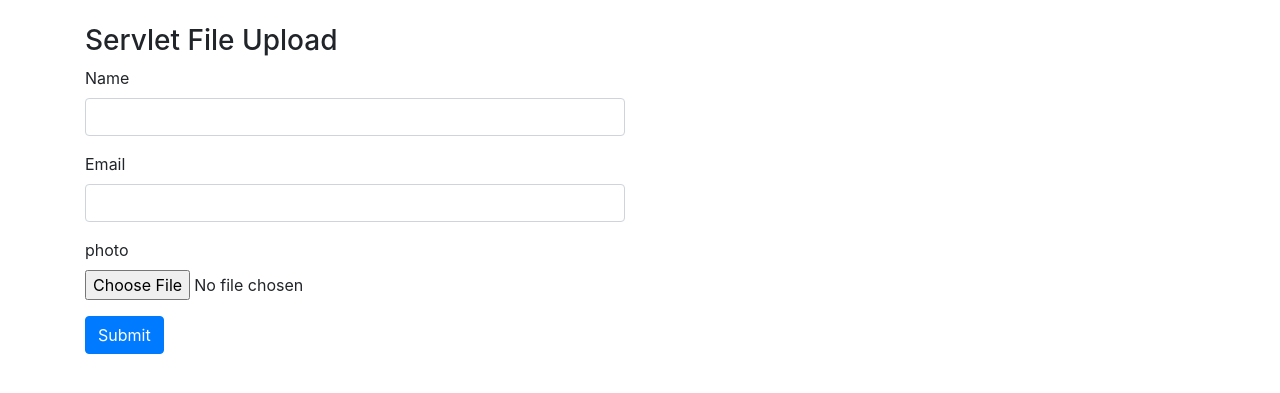
Repository: hnineiphyu-128/JavaEE_Exeercise_Lession
Page: http://localhost/07-Servlet-FileUpload/
The author's editor kept a copy of each file at every save. The page is drawn from the files as they stood at one save, then again after the next save.
The browser window is 1280 px wide. The pictures show the whole page.
The page is served by Tomcat 9. Other server files are loaded and not shown.

Above is the page before, as saved 2020-12-21 10:16:31.

### 07-Servlet-FileUpload/src/main/webapp/index.jsp
<%@ page language="java" contentType="text/html; charset=ISO-8859-1"
    pageEncoding="ISO-8859-1"%>
<%@ taglib uri="http://java.sun.com/jsp/jstl/core" prefix="c" %>
<!DOCTYPE html>
<html>
<head>
<meta charset="ISO-8859-1">
<title>File Upload</title>

<!-- CSS -->
<link href="common/css/bootstrap.min.css" rel="stylesheet" type="text/css"/>

<!-- JS -->
<script type="text/javascript" src="common/js/jquery.min.js"></script>
<script type="text/javascript" src="common/js/bootstrap.min.js"></script>

</head>
<body>

	<div class="container">
	<div class="row">
		<div class="col-md-6 my-4">
			<h3>Servlet File Upload</h3>
			<c:url value="/register" var="action"></c:url>
			<form action="${action}" method="post" enctype="multipart/form-data">
				<div class="mb-3">
					<label for="name" class="form-label">Name</label>
					<input type="text" class="form-control" id="name" name="name" required="required">
				</div>
				<div class="mb-3">
					<label for="email" class="form-label">Email</label>
					<input type="email" class="form-control" id="email" name="email" required="required">
				</div>
				<div class="mb-3">
					<label for="photo" class="form-label">photo</label>
					<input type="file" class="form-control-file" id="photo" name="photo" required="required">
				</div>
				<button type="submit" class="btn btn-primary">Submit</button>
			</form>
		</div>
	</div>
	</div>
</body>
</html>

Loaded but not shown: 07-Servlet-FileUpload/src/main/webapp/common/css/bootstrap.min.css (library); 07-Servlet-FileUpload/src/main/webapp/common/js/jquery.min.js (library); 07-Servlet-FileUpload/src/main/webapp/common/js/bootstrap.min.js (library)

After the next save:
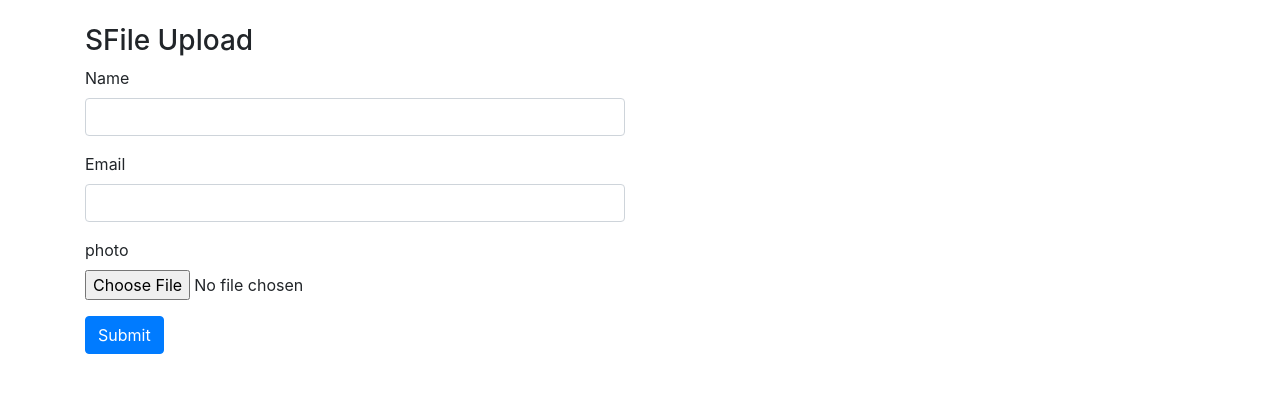
Saved 53 s later.
--- a/07-Servlet-FileUpload/src/main/webapp/index.jsp
+++ b/07-Servlet-FileUpload/src/main/webapp/index.jsp
@@ -20,7 +20,7 @@
 	<div class="container">
 	<div class="row">
 		<div class="col-md-6 my-4">
-			<h3>Servlet File Upload</h3>
+			<h3>SFile Upload</h3>
 			<c:url value="/register" var="action"></c:url>
 			<form action="${action}" method="post" enctype="multipart/form-data">
 				<div class="mb-3">
